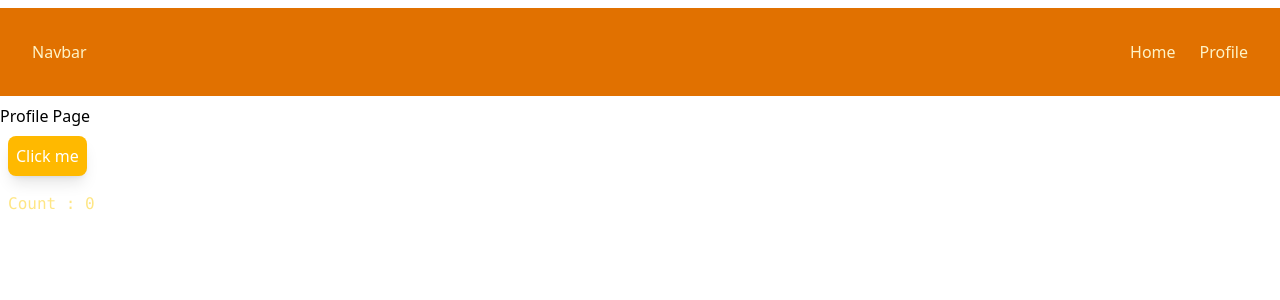
Repository: samit2059/CollegeReact
Page: / (app in react/collegereact/)
The author's editor kept a copy of each file at every save. The page is drawn from the files as they stood at one save, then again after the next save.
The browser window is 1280 px wide. The pictures show the whole page.
The project was rebuilt for these pictures with package versions that can differ from the ones it lists, and the page was loaded fresh each time. Also part of the build but not shown: react/collegereact/vite.config.js, react/collegereact/src/App.jsx, react/collegereact/src/navbar.css, react/collegereact/src/navbar.jsx, react/collegereact/src/Props Example/First.jsx, react/collegereact/src/Props Example/Second.jsx.

Above is the page before, as saved 2026-01-21 10:42:17.

### react/collegereact/index.html
<!doctype html>
<html lang="en">
  <head>
    <meta charset="UTF-8" />
    <link rel="icon" type="image/svg+xml" href="/vite.svg" />
    <meta name="viewport" content="width=device-width, initial-scale=1.0" />
    <title>collegereact</title>
  </head>
  <body>
    <div id="root"></div>
    <script type="module" src="/src/main.jsx"></script>
  </body>
</html>

### react/collegereact/src/main.jsx
import { StrictMode } from "react";
import { createRoot } from "react-dom/client";
import "./index.css";
import App from "./App.jsx";
import Navbar from "./navbar.jsx";
import Nav1 from "./nav1.jsx";
import First from "./Props Example/First.jsx";
// import Profile from "./profile.jsx";
import Profile from "./StateExamples/profile.jsx";
import Second from "./Props Example/Second.jsx";
// import Home from './Home.jsx'
// import { Second } from './Home.jsx'

// let myObj = {
//   address: "ktm",
//   age: 23,
//   fullName: "rams"
// }
// let profile = {
//   username:"Samit Shrestha",
//   email:"shrestha@gmail.com",
//   age:18,
//   address:"Bhaktapur",
// };
createRoot(document.getElementById("root")).render(
  <StrictMode>
    {/* <Navbar /> */}
    <Nav1 />
    {/* <First address={"BKT"} age={33} fullName="motorcycle" /> */}
    {/* <First {...myObj} /> */}
    <Profile />
    {/* <App /> */}
    {/* <Second /> */}
    {/* <Home />   */}
  </StrictMode>
);

### react/collegereact/src/index.css
@import "tailwindcss";

/* in index.css (after tailwind layers) */
/* .tw-root .btn {
  @apply px-4 py-2 bg-blue-500 text-white rounded;
} */

### react/collegereact/src/nav1.jsx
import React from 'react';
import './navbar.css'

const Nav1 = () => {
    let handleProfile = () =>{
        console.log("profile clicked");
    }
  return (
    <div className=' p-8 my-2 flex bg-amber-600 text-amber-100 justify-between items-center'>
      <h1 >Navbar</h1>
      <div className='menus flex gap-6'>
        <h4 onClick={(e) =>{
            console.log("home clicked");
            console.log(e.target);

        }}>Home</h4>
        <h4 onClick={handleProfile}>Profile</h4>
      </div>
    </div>
  )
}

export default Nav1

### react/collegereact/src/StateExamples/profile.jsx
import { useState } from "react"

let Profile = () =>{
    const [count, setCount] = useState(0);
    return (
        <div>
            <h1>Profile Page</h1>
            <button onClick={() => setCount(count+1)} className="p-2 m-2 bg-amber-400 font-medium rounded-lg shadow-lg text-white">Click me</button>
            <p className="p-2 text-amber-200 font-mono ">Count : {count}</p>
        </div>
    )
}

export default Profile

After the next save:
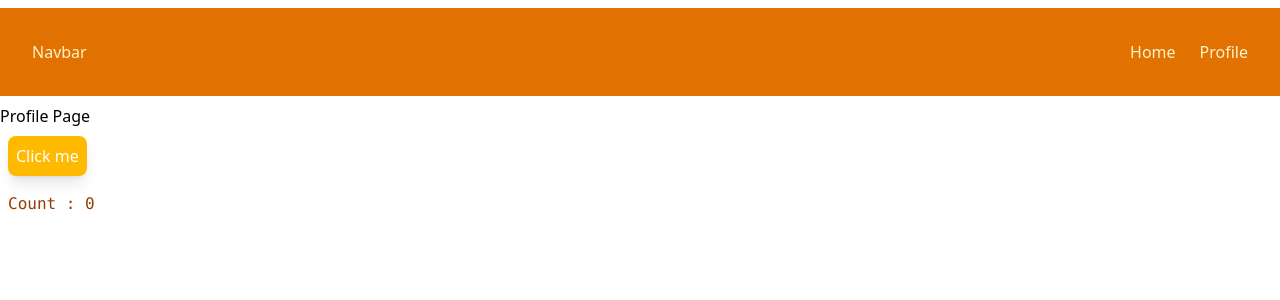
Saved 7 min 35 s later.
--- a/react/collegereact/src/StateExamples/profile.jsx
+++ b/react/collegereact/src/StateExamples/profile.jsx
@@ -6,7 +6,7 @@ let Profile = () =>{
         <div>
             <h1>Profile Page</h1>
             <button onClick={() => setCount(count+1)} className="p-2 m-2 bg-amber-400 font-medium rounded-lg shadow-lg text-white">Click me</button>
-            <p className="p-2 text-amber-200 font-mono ">Count : {count}</p>
+            <p className="p-2 text-amber-800 font-mono ">Count : {count}</p>
         </div>
     )
 }
